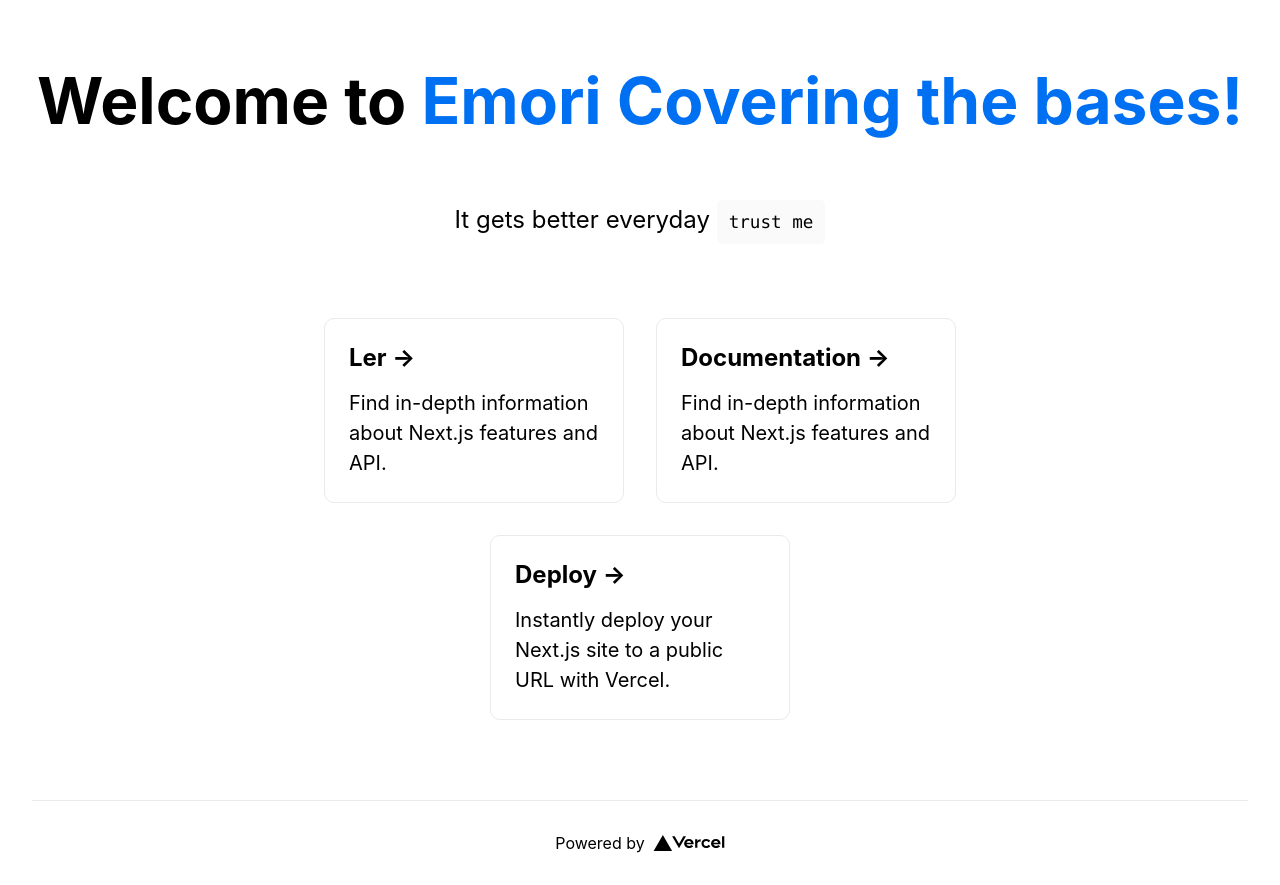
Repository: emorilebo/next-linkedin-training
Page: /
These files come from the project's save history. The page is drawn as it stood at one moment and after the next save; the edit follows.
The browser window is 1280 px wide. The pictures show the whole page.
The project was rebuilt for these pictures with package versions that can differ from the ones it lists, and the page was loaded fresh each time. The framework's server and built-in components were replaced by stand-ins that run in the browser. Also part of the build but not shown: next.config.js.

Above is the page before, as saved 2022-12-25 17:59:26.

### pages/index.js
import Head from "next/head";
import Image from "next/image";
import Link from "next/link";
import styles from "../styles/Home.module.css";

export default function Home() {
  return (
    <div className={styles.container}>
      <Head>
        <title>Emori Learning Next From LinkedIn</title>
        <meta
          name="description"
          content="I know I know, but we need to cover the bases as much as possible. #emoricoin"
        />
        <link rel="icon" href="/favicon.ico" />
      </Head>

      <main className={styles.main}>
        <h1 className={styles.title}>
          Welcome to <a href="https://nextjs.org">Emori Covering the bases!</a>
        </h1>

        <p className={styles.description}>
          It gets better everyday <code className={styles.code}>trust me</code>
        </p>

        <div className={styles.grid}>
          <Link href="/learn/next" className={styles.card}>
            <h2>Ler &rarr;</h2>
            <p>Find in-depth information about Next.js features and API.</p>
          </Link>
          <Link href="/learn/next" className={styles.card}>
            <h2>Documentation &rarr;</h2>
            <p>Find in-depth information about Next.js features and API.</p>
          </Link>



          <a
            href="https://vercel.com/new?utm_source=create-next-app&utm_medium=default-template&utm_campaign=create-next-app"
            className={styles.card}
          >
            <h2>Deploy &rarr;</h2>
            <p>
              Instantly deploy your Next.js site to a public URL with Vercel.
            </p>
          </a>
        </div>
      </main>

      <footer className={styles.footer}>
        <a
          href="https://vercel.com?utm_source=create-next-app&utm_medium=default-template&utm_campaign=create-next-app"
          target="_blank"
          rel="noopener noreferrer"
        >
          Powered by{" "}
          <span className={styles.logo}>
            <Image src="/vercel.svg" alt="Vercel Logo" width={72} height={16} />
          </span>
        </a>
      </footer>
    </div>
  );
}

Loaded but not shown: pages/_app.js (common file); styles/globals.css (common file); styles/Home.module.css (common file)

After the next save:
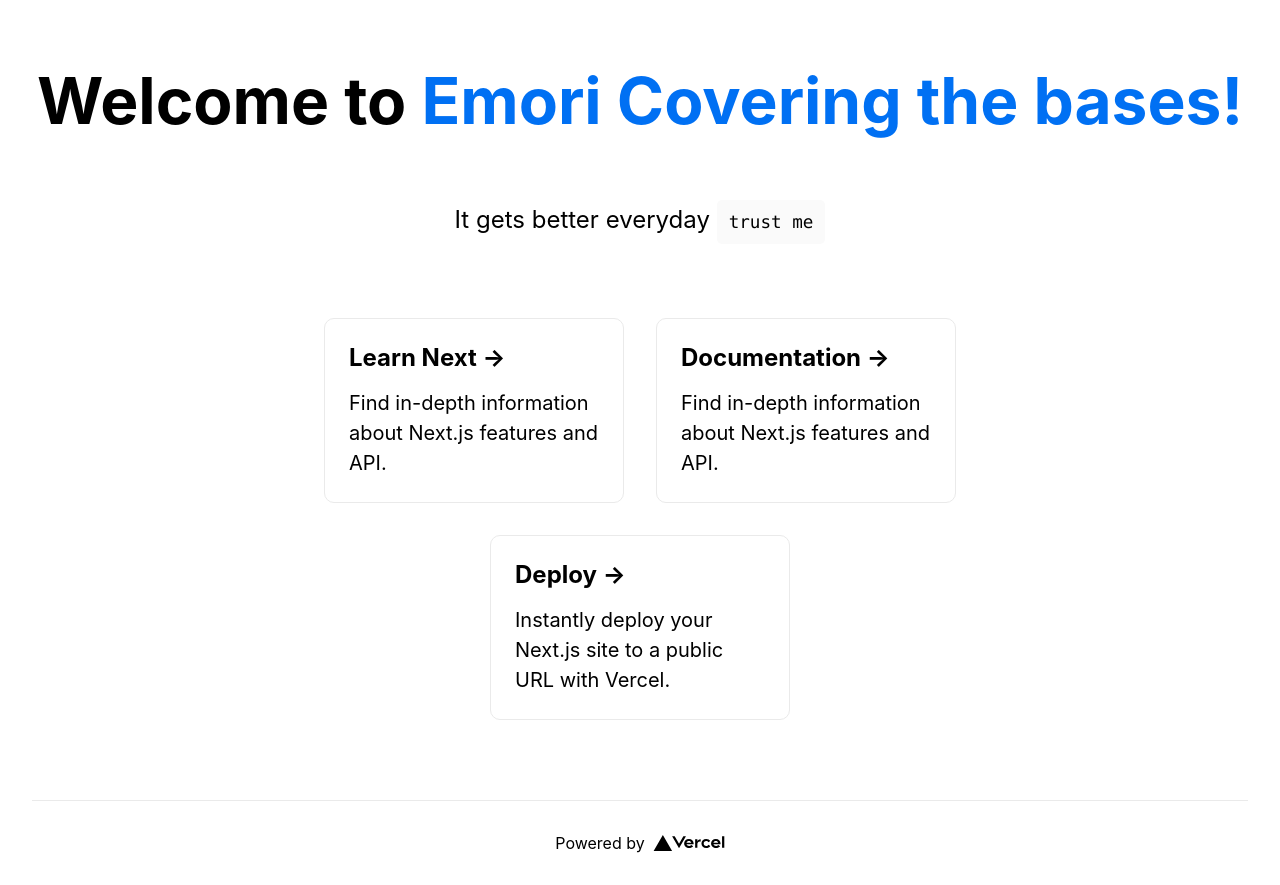
Saved 4 s later.
--- a/pages/index.js
+++ b/pages/index.js
@@ -26,7 +26,7 @@
 
         <div className={styles.grid}>
           <Link href="/learn/next" className={styles.card}>
-            <h2>Ler &rarr;</h2>
+            <h2>Learn Next &rarr;</h2>
             <p>Find in-depth information about Next.js features and API.</p>
           </Link>
           <Link href="/learn/next" className={styles.card}>
